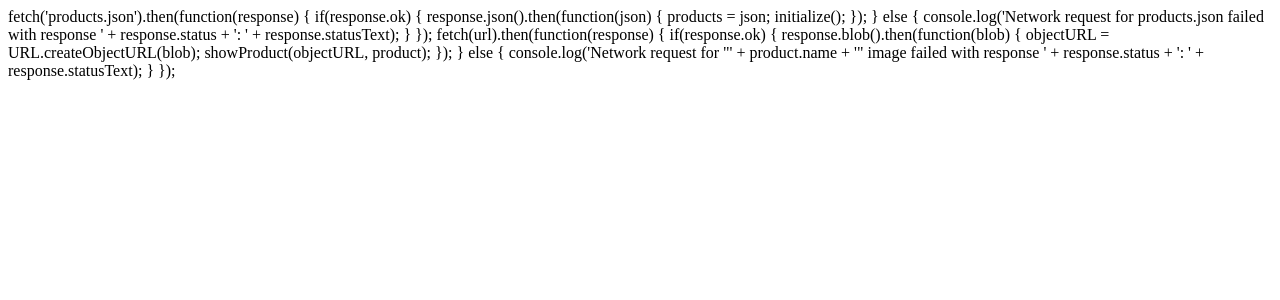
Repository: lysianebo/KANAP1
Page: front/js/fetch.html
These files come from the project's save history. The page is drawn as it stood at one moment and after the next save; the edit follows.
The browser window is 1280 px wide. The pictures show the whole page.

Above is the page before, as saved 2023-02-27 11:53:08.

### front/js/fetch.html


fetch('products.json').then(function(response) {
    if(response.ok) {
      response.json().then(function(json) {
        products = json;
        initialize();
      });
    } else {
      console.log('Network request for products.json failed with response ' + response.status + ': ' + response.statusText);
    }
  });
  fetch(url).then(function(response) {
    if(response.ok) {
      response.blob().then(function(blob) {
        objectURL = URL.createObjectURL(blob);
        showProduct(objectURL, product);
      });
    } else {
      console.log('Network request for "' + product.name + '" image failed with response ' + response.status + ': ' + response.statusText);
    }
  });

After the next save:
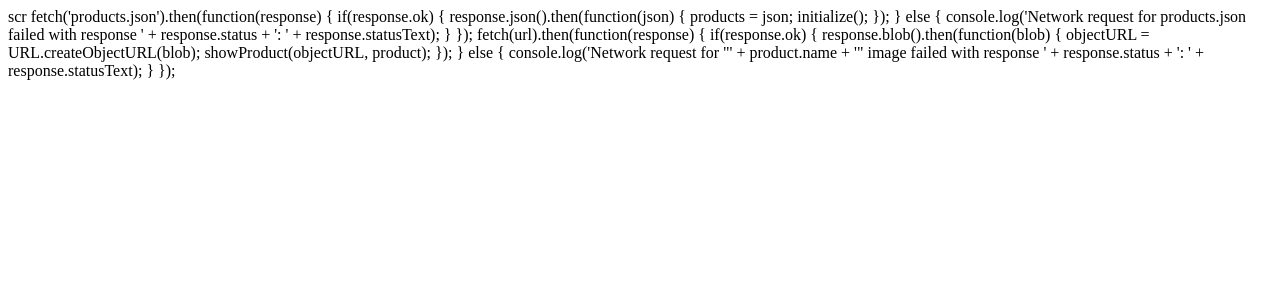
Saved 30 s later.
--- a/front/js/fetch.html
+++ b/front/js/fetch.html
@@ -1,4 +1,17 @@
+<!DOCTYPE html>
+<html lang="en">
+<head>
+  <meta charset="UTF-8">
+  <meta http-equiv="X-UA-Compatible" content="IE=edge">
+  <meta name="viewport" content="width=device-width, initial-scale=1.0">
+  <title>Document</title>
+</head>
+<body>
 
+
+  scr
+</body>
+</html>
 
 fetch('products.json').then(function(response) {
     if(response.ok) {
